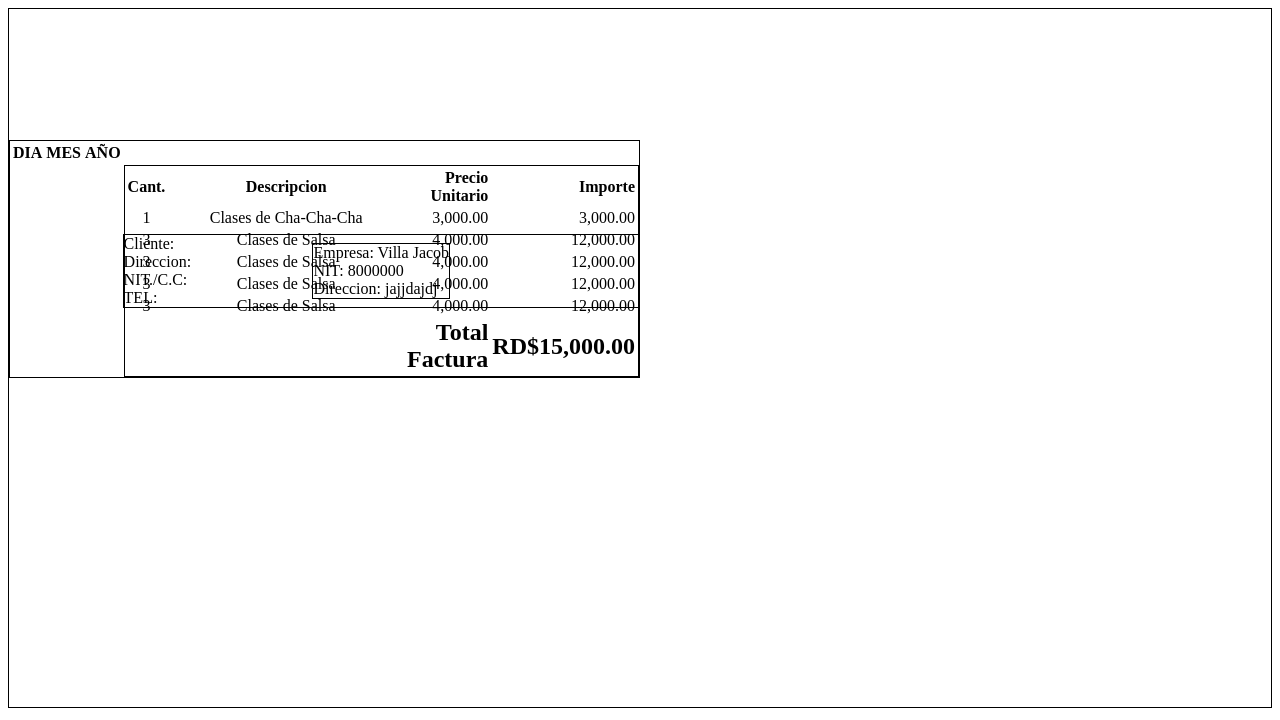
Repository: MrVanQish/FacturaEstructura
Page: index.html
An editor plug-in stored every save of this project. The page is shown before and after the next save, followed by the edit.
The browser window is 1280 px wide. The pictures show the whole page.

Above is the page before, as saved 2021-09-29 11:08:08.

After the next save:
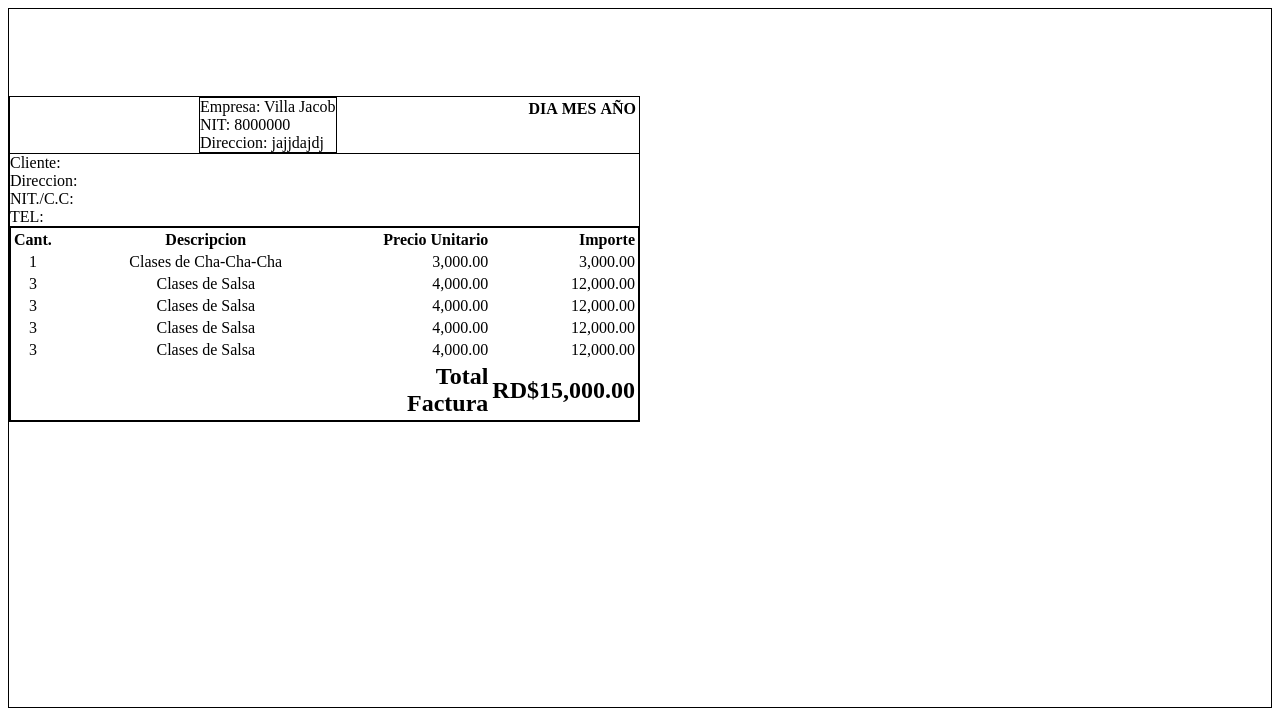
Saved 7 s later.
--- a/styles.css
+++ b/styles.css
@@ -51,7 +51,7 @@
     grid-template-areas:
       "infoEmpresa-f fecha-f"
       "infoCliente-f infoCliente-f"
-      "items-f"
+      "items-f items-f"
   }
 
 
